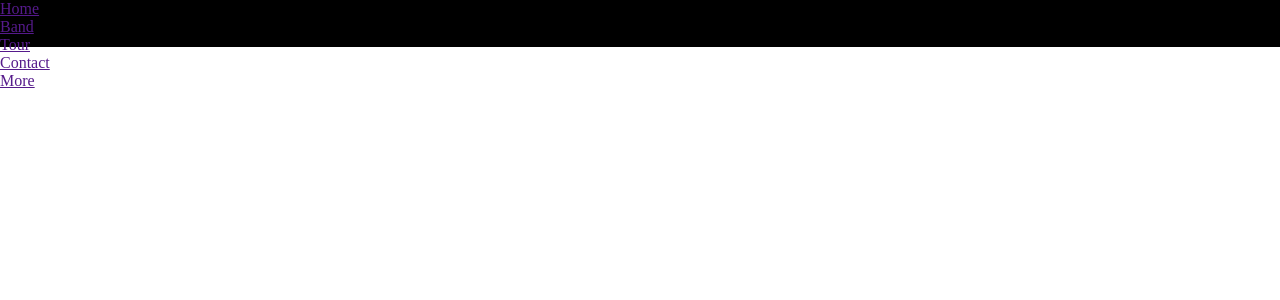
Repository: Dino0411/Dino0411.github.io
Page: index.html
These files come from the project's save history. The page is drawn as it stood at one moment and after the next save; the edit follows.
The browser window is 1280 px wide. The pictures show the whole page.

Above is the page before, as saved 2021-10-03 18:01:45.

After the next save:
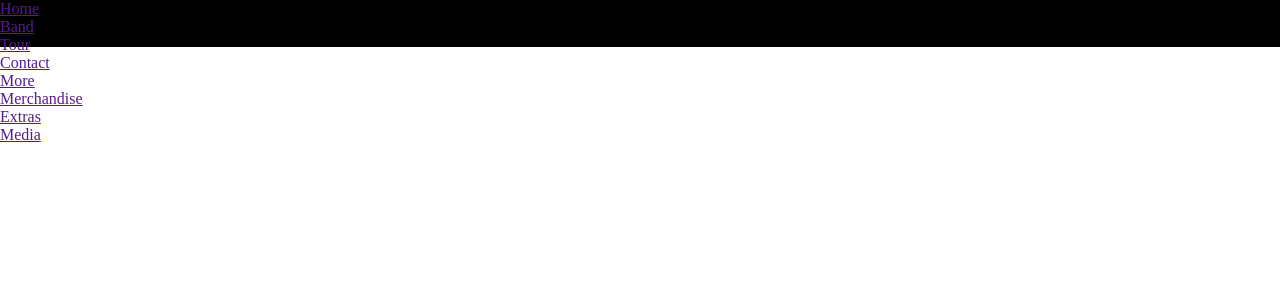
Saved 3 min 59 s later.
--- a/index.html
+++ b/index.html
@@ -16,7 +16,14 @@
                 <li><a href="">Band</a></li>
                 <li><a href="">Tour</a></li>
                 <li><a href="">Contact</a></li>
-                <li><a href="">More</a></li>
+                <li>
+                    <a href="">More</a>
+                    <ul class="subnav">
+                        <li><a href="">Merchandise</a></li>
+                        <li><a href="">Extras</a></li>
+                        <li><a href="">Media</a></li>
+                    </ul>
+                </li>
             </ul>
         </div>
         <!-- TODO:slider -->
